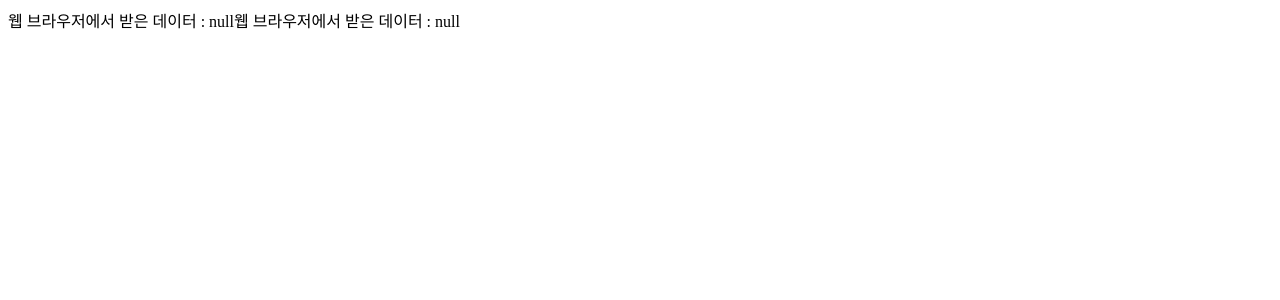
Repository: percussion8/jsp-servlet
Page: http://localhost/1012/requset2.jsp
The author's editor kept a copy of each file at every save. The page is drawn from the files as they stood at one save, then again after the next save.
The browser window is 1280 px wide. The pictures show the whole page.
The page is served by Tomcat 9. Other server files are loaded and not shown.

Above is the page before, as saved 2020-10-12 08:37:35.

### 1012/WebContent/requset2.jsp
<%@ page language="java" contentType="text/html; charset=UTF-8"
    pageEncoding="UTF-8"%>

    <%-- 여기의 getParameter는 무조건 아셔야 합니다.--%>
<%

    String FormData = request.getParameter("kor");
	String FormData1 = request.getParameter("math");
    out.print("웹 브라우저에서 받은 데이터 : " + FormData);
    out.print("웹 브라우저에서 받은 데이터 : " + FormData1);

%>

After the next save:
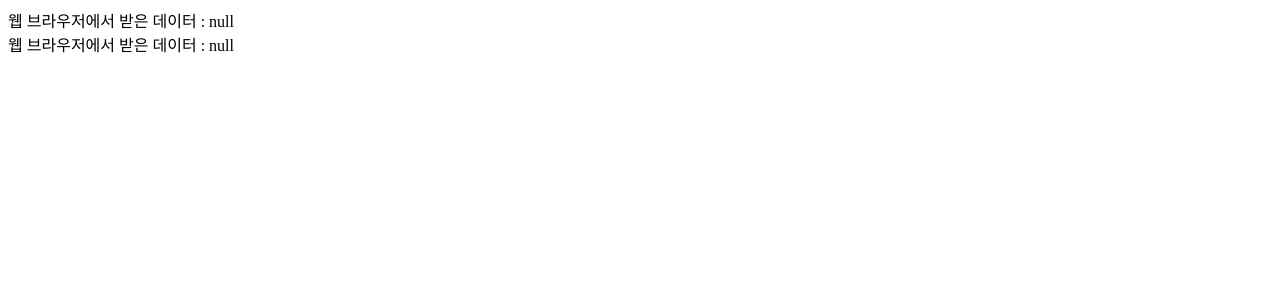
Saved 27 s later.
--- a/1012/WebContent/requset2.jsp
+++ b/1012/WebContent/requset2.jsp
@@ -6,7 +6,7 @@
 
     String FormData = request.getParameter("kor");
 	String FormData1 = request.getParameter("math");
-    out.print("웹 브라우저에서 받은 데이터 : " + FormData);
+    out.print("웹 브라우저에서 받은 데이터 : " + FormData + "<br>");
     out.print("웹 브라우저에서 받은 데이터 : " + FormData1);
 
 %>
